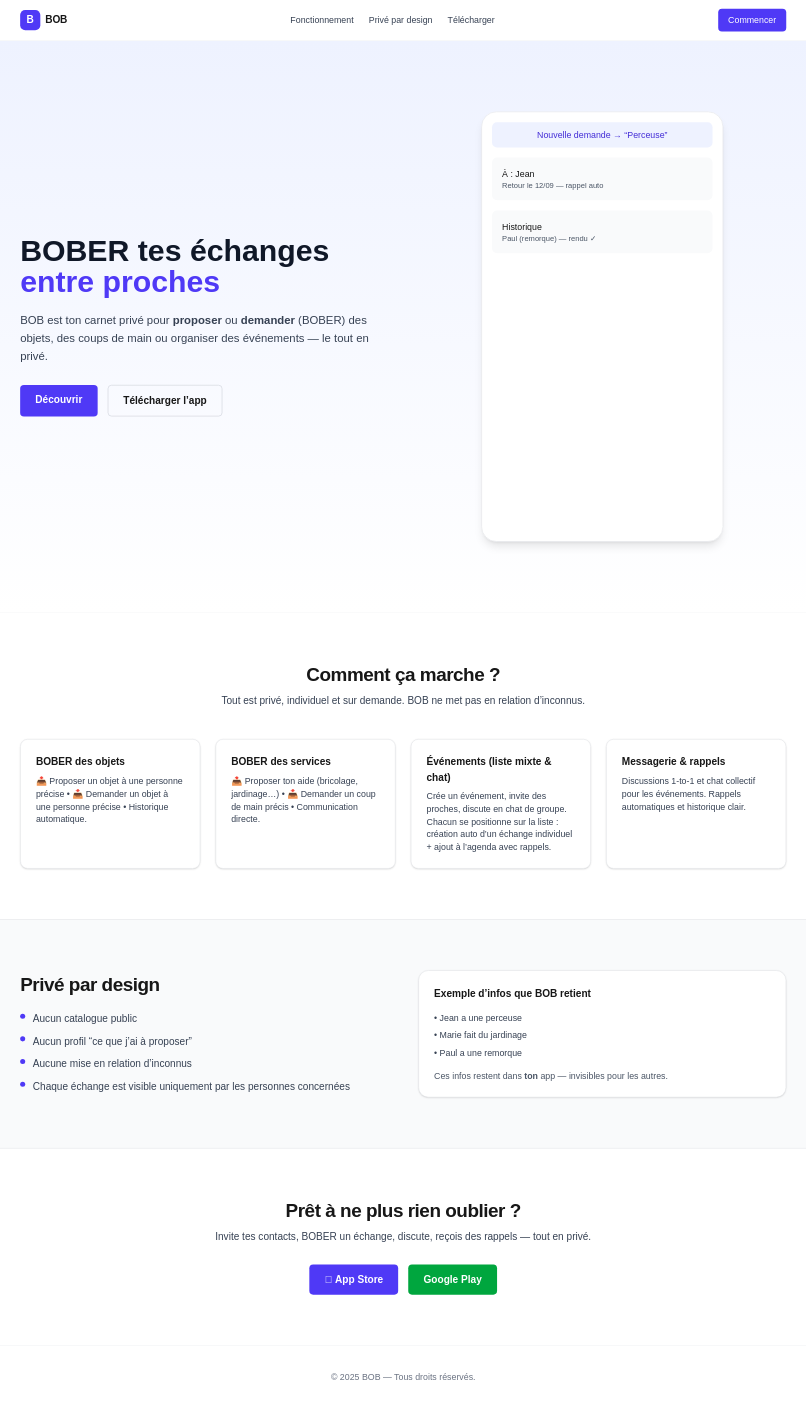
Repository: JeanCharlesMEILLAND/new-bob
Page: /
The author's editor kept a copy of each file at every save. The page is drawn from the files as they stood at one save, then again after the next save.
The browser window is 1280 px wide. The pictures show the whole page, at 63% of full size.
The project was rebuilt for these pictures with package versions that can differ from the ones it lists, and the page was loaded fresh each time. The framework's server and built-in components were replaced by stand-ins that run in the browser. Also part of the build but not shown: next.config.ts.

Above is the page before, as saved 2025-08-11 23:55:13.

### src/app/layout.tsx
import type { Metadata } from "next";
import Link from "next/link";
import "./globals.css";

export const metadata: Metadata = {
  title: "BOB — BOBER tes échanges privés entre proches",
  description:
    "BOB est un pense-bête privé centré sur le concept de BOBER : proposer/demander des objets, coups de main et organiser des événements sur invitation. Zéro finance, zéro marketplace."
};
6
export default function RootLayout({ children }: { children: React.ReactNode }) {
  return (
    <html lang="fr">
      <body className="antialiased text-gray-900">
        {/* HEADER STICKY */}
        <header className="sticky top-0 z-50 backdrop-blur bg-white/80 border-b border-gray-100">
          <div className="max-w-7xl mx-auto px-4 sm:px-6 lg:px-8 h-16 flex items-center justify-between">
            {/* Logo */}
            <Link href="/" className="flex items-center gap-2">
              <div className="h-8 w-8 rounded-lg bg-indigo-600 grid place-items-center text-white font-bold">B</div>
              <span className="font-semibold tracking-tight">BOB</span>
            </Link>

            {/* Navigation */}
            <nav className="hidden md:flex items-center gap-6">
              <a href="#fonctionnement" className="text-sm text-gray-700 hover:text-indigo-600">
                Fonctionnement
              </a>
              <a href="#prive" className="text-sm text-gray-700 hover:text-indigo-600">
                Privé par design
              </a>
              <a href="#telecharger" className="text-sm text-gray-700 hover:text-indigo-600">
                Télécharger
              </a>
            </nav>

            {/* CTA */}
            <a
              href="#telecharger"
              className="px-4 py-2 rounded-md bg-indigo-600 text-white text-sm font-medium hover:bg-indigo-700"
            >
              Commencer
            </a>
          </div>
        </header>

        {/* CONTENU */}
        {children}
      </body>
    </html>
  );
}

### src/app/page.tsx
export default function Page() {
  return (
    <main>
      {/* Hero */}
      <section className="relative overflow-hidden bg-gradient-to-b from-indigo-50 to-white">
        <div className="max-w-7xl mx-auto px-4 sm:px-6 lg:px-8 py-20 lg:py-28 grid lg:grid-cols-2 gap-12 items-center">
          <div>
            <h1 className="text-4xl sm:text-5xl font-extrabold text-gray-900">
              BOBER tes échanges <span className="text-indigo-600">entre proches</span>
            </h1>
            <p className="mt-6 text-lg text-gray-700">
              BOB est ton carnet privé pour <strong>proposer</strong> ou <strong>demander</strong> (BOBER) des objets,
              des coups de main ou organiser des événements — le tout en privé.
            </p>
            <div className="mt-8 flex flex-wrap gap-4">
              <a
                href="#fonctionnement"
                className="px-6 py-3 rounded-md bg-indigo-600 text-white font-semibold hover:bg-indigo-700"
              >
                Découvrir
              </a>
              <a
                href="#telecharger"
                className="px-6 py-3 rounded-md border border-gray-300 font-semibold hover:bg-gray-50"
              >
                Télécharger l’app
              </a>
            </div>
          </div>
          <div className="relative">
            <div className="aspect-[9/16] w-72 sm:w-80 md:w-96 mx-auto rounded-3xl border border-gray-200 bg-white shadow-lg p-4">
              <div className="h-10 rounded-lg bg-indigo-50 grid place-items-center text-indigo-700 text-sm font-medium">
                Nouvelle demande → “Perceuse”
              </div>
              <div className="mt-4 p-4 rounded-lg bg-gray-50">
                <p className="text-sm font-medium">À : Jean</p>
                <p className="text-xs text-gray-600">Retour le 12/09 — rappel auto</p>
              </div>
              <div className="mt-4 p-4 rounded-lg bg-gray-50">
                <p className="text-sm font-medium">Historique</p>
                <p className="text-xs text-gray-600">Paul (remorque) — rendu ✓</p>
              </div>
            </div>
          </div>
        </div>
      </section>

      {/* Fonctionnement */}
      <section id="fonctionnement" className="py-20 border-t border-gray-100">
        <div className="max-w-7xl mx-auto px-4 sm:px-6 lg:px-8">
          <div className="text-center max-w-3xl mx-auto">
            <h2 className="text-3xl font-bold tracking-tight">Comment ça marche ?</h2>
            <p className="mt-3 text-gray-700">
              Tout est privé, individuel et sur demande. BOB ne met pas en relation d’inconnus.
            </p>
          </div>

          <div className="mt-12 grid gap-6 sm:grid-cols-2 lg:grid-cols-4">
            {[
              {
                title: "BOBER des objets",
                desc: "📤 Proposer un objet à une personne précise • 📥 Demander un objet à une personne précise • Historique automatique.",
              },
              {
                title: "BOBER des services",
                desc: "📤 Proposer ton aide (bricolage, jardinage…) • 📥 Demander un coup de main précis • Communication directe.",
              },
              {
                title: "Événements (liste mixte & chat)",
                desc: "Crée un événement, invite des proches, discute en chat de groupe. Chacun se positionne sur la liste : création auto d’un échange individuel + ajout à l’agenda avec rappels.",
              },
              {
                title: "Messagerie & rappels",
                desc: "Discussions 1-to-1 et chat collectif pour les événements. Rappels automatiques et historique clair.",
              },
            ].map((f) => (
              <div key={f.title} className="rounded-xl border border-gray-200 bg-white p-6 shadow-sm">
                <h3 className="font-semibold">{f.title}</h3>
                <p className="mt-2 text-sm text-gray-700">{f.desc}</p>
              </div>
            ))}
          </div>
        </div>
      </section>

      {/* Privé par design */}
      <section id="prive" className="py-20 bg-gray-50 border-y border-gray-200">
        <div className="max-w-7xl mx-auto px-4 sm:px-6 lg:px-8 grid lg:grid-cols-2 gap-12 items-center">
          <div>
            <h2 className="text-3xl font-bold tracking-tight">Privé par design</h2>
            <ul className="mt-6 space-y-3 text-gray-700">
              {[
                "Aucun catalogue public",
                "Aucun profil “ce que j’ai à proposer”",
                "Aucune mise en relation d’inconnus",
                "Chaque échange est visible uniquement par les personnes concernées",
              ].map((item) => (
                <li key={item} className="flex gap-3">
                  <span className="mt-1 inline-block h-2 w-2 bg-indigo-600 rounded-full" />
                  <span>{item}</span>
                </li>
              ))}
            </ul>
          </div>
          <div className="rounded-2xl border border-gray-200 bg-white p-6 shadow-sm">
            <h3 className="font-semibold">Exemple d’infos que BOB retient</h3>
            <ul className="mt-4 space-y-2 text-sm text-gray-700">
              <li>• Jean a une perceuse</li>
              <li>• Marie fait du jardinage</li>
              <li>• Paul a une remorque</li>
            </ul>
            <p className="mt-4 text-sm text-gray-600">
              Ces infos restent dans <strong>ton</strong> app — invisibles pour les autres.
            </p>
          </div>
        </div>
      </section>

      {/* CTA */}
      <section id="telecharger" className="py-20 text-center">
        <h2 className="text-3xl font-bold tracking-tight">Prêt à ne plus rien oublier ?</h2>
        <p className="mt-3 text-gray-700">
          Invite tes contacts, BOBER un échange, discute, reçois des rappels — tout en privé.
        </p>
        <div className="mt-8 flex flex-wrap justify-center gap-4">
          <a
            href="#"
            className="px-6 py-3 rounded-md bg-indigo-600 text-white font-semibold hover:bg-indigo-700"
          >
             App Store
          </a>
          <a
            href="#"
            className="px-6 py-3 rounded-md bg-green-600 text-white font-semibold hover:bg-green-700"
          >
            Google Play
          </a>
        </div>
      </section>

      {/* Footer */}
      <footer className="py-10 border-t border-gray-100 text-center text-sm text-gray-500">
        © {new Date().getFullYear()} BOB — Tous droits réservés.
      </footer>
    </main>
  );
}

Loaded but not shown: src/app/globals.css (common file)

After the next save:
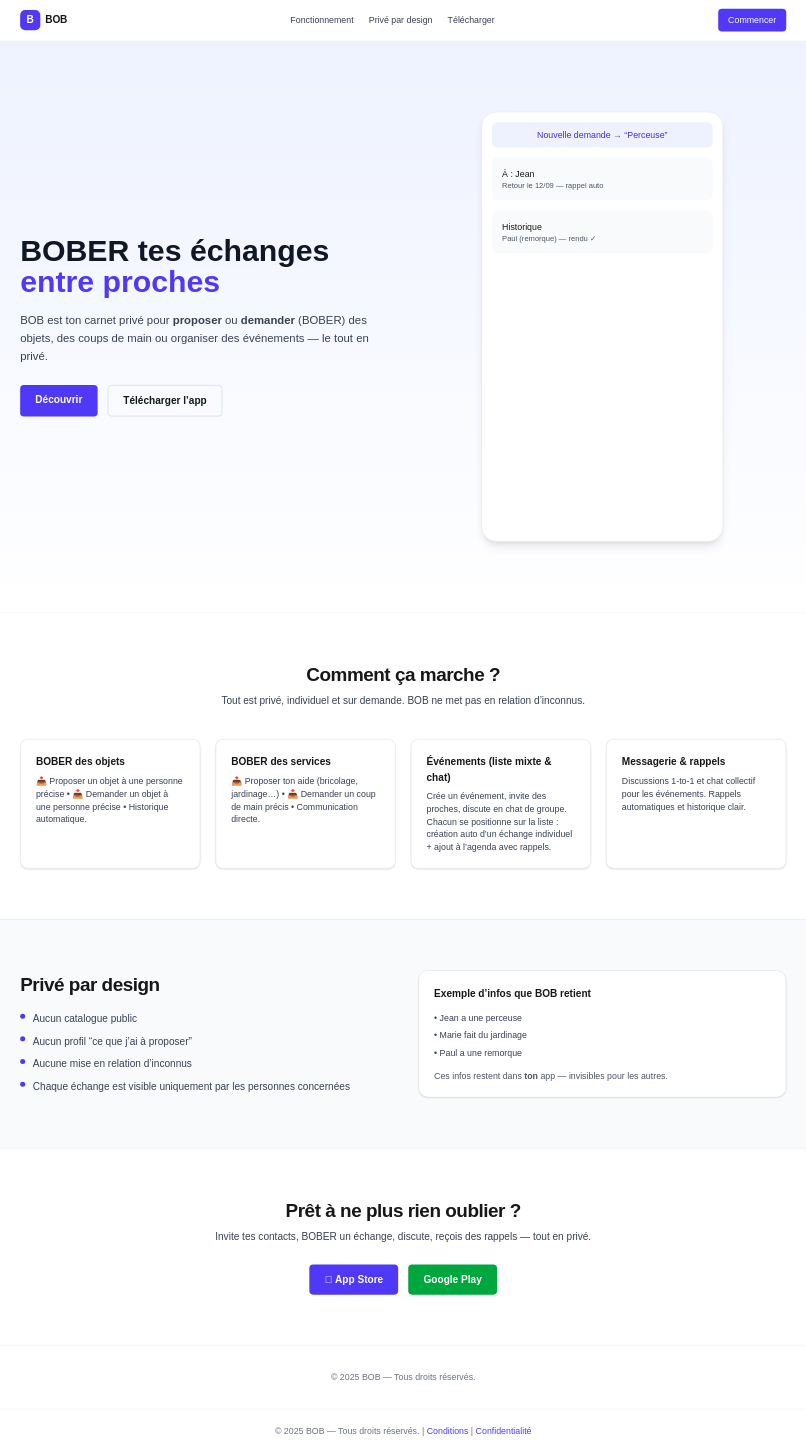
Saved 26 s later.
--- a/src/app/layout.tsx
+++ b/src/app/layout.tsx
@@ -46,6 +46,17 @@
 
         {/* CONTENU */}
         {children}
+
+        <footer className="py-6 border-t border-gray-100 text-center text-sm text-gray-500">
+  © {new Date().getFullYear()} BOB — Tous droits réservés. |
+  <Link href="/conditions-utilisation" className="text-indigo-600 hover:underline ml-1">
+    Conditions
+  </Link>{" "}
+  |{" "}
+  <Link href="/confidentialite" className="text-indigo-600 hover:underline">
+    Confidentialité
+  </Link>
+</footer>
       </body>
     </html>
   );
